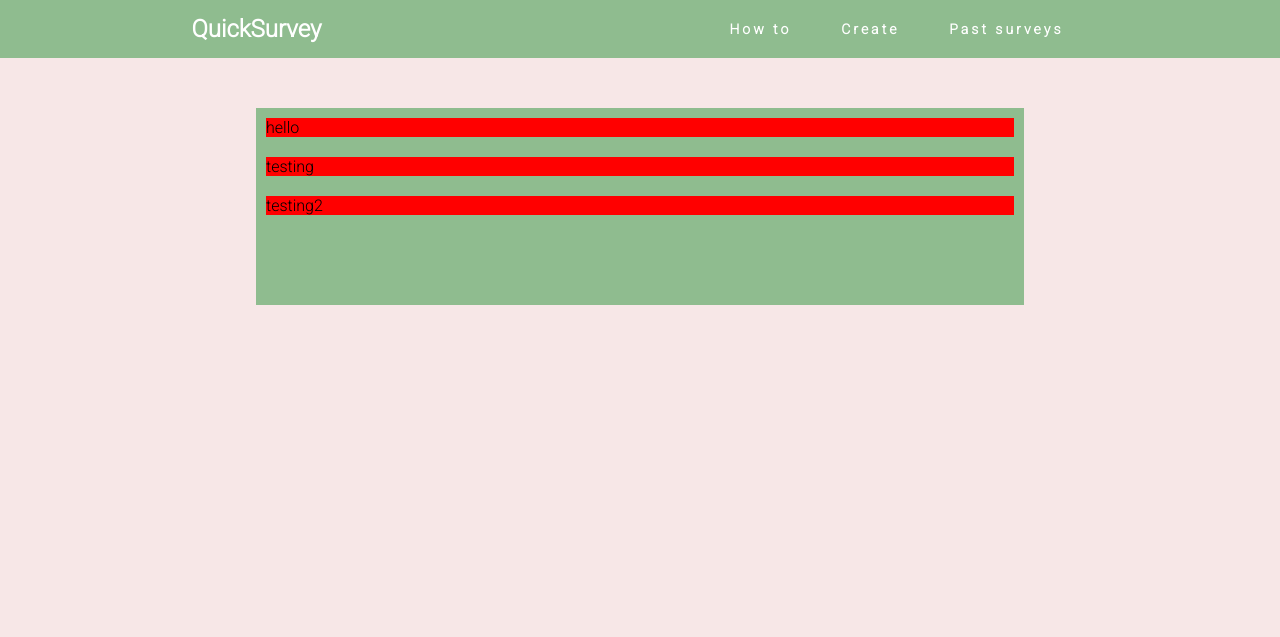
Repository: cakuang1/QuickSurvey
Page: pastsurveys.html
An editor plug-in stored every save of this project. The page is shown before and after the next save, followed by the edit.
The browser window is 1280 px wide. The pictures show the whole page.
Some web libraries are served in a nearby version.

Above is the page before, as saved 2022-01-06 21:50:50.
Console error: TypeError: Cannot read properties of null (reading 'cloneNode')

After the next save:
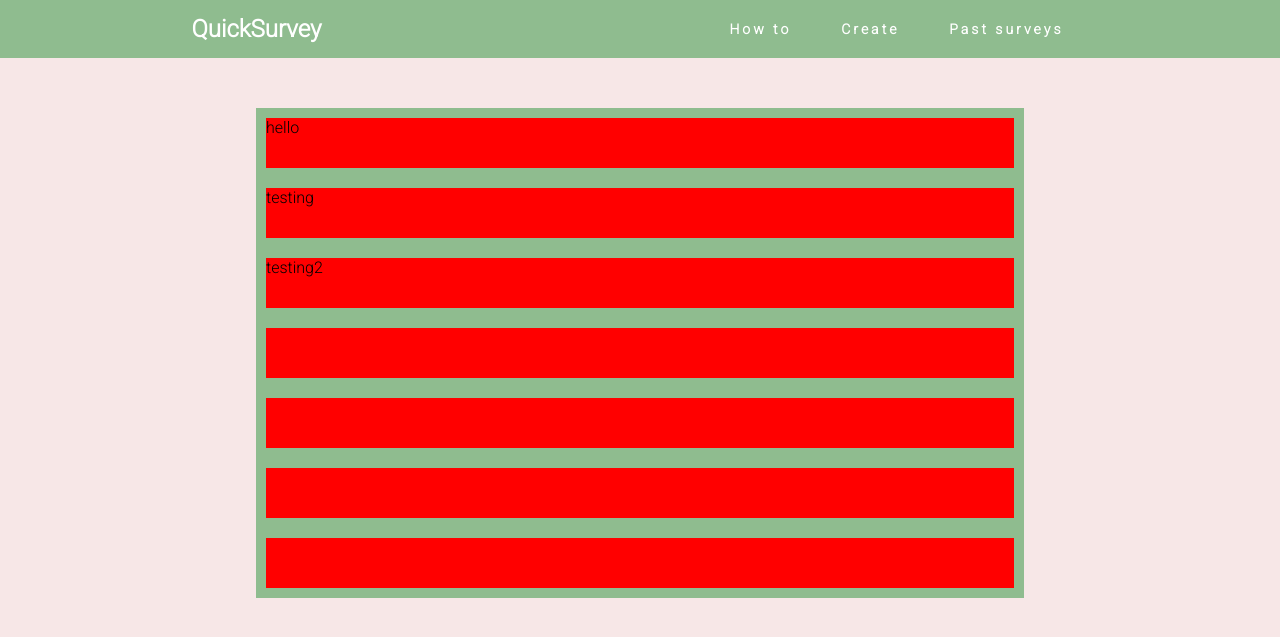
Saved 4 s later.
--- a/style.css
+++ b/style.css
@@ -164,5 +164,5 @@ ol li {
 .wrapper .holders {
     background-color:red;
     margin:10px;
-    height: ;
+    height: 50px;
 }
